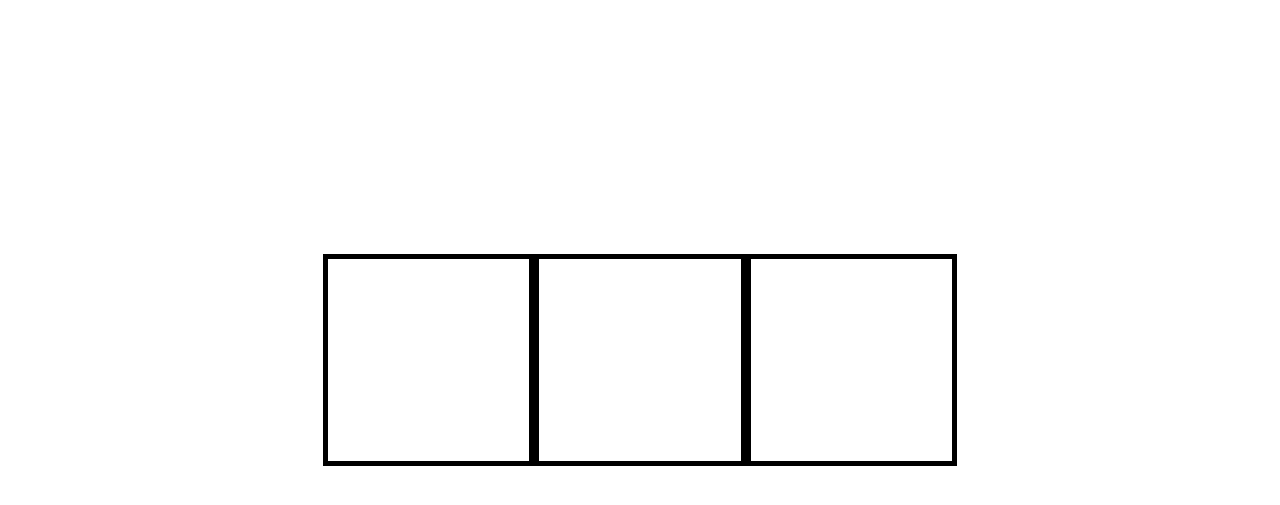
Repository: baumanmilosz/tictactoe
Page: index.html
The author's editor kept a copy of each file at every save. The page is drawn from the files as they stood at one save, then again after the next save.
The browser window is 1280 px wide. The pictures show the whole page.

Above is the page before, as saved 2019-02-21 16:35:18.

After the next save:
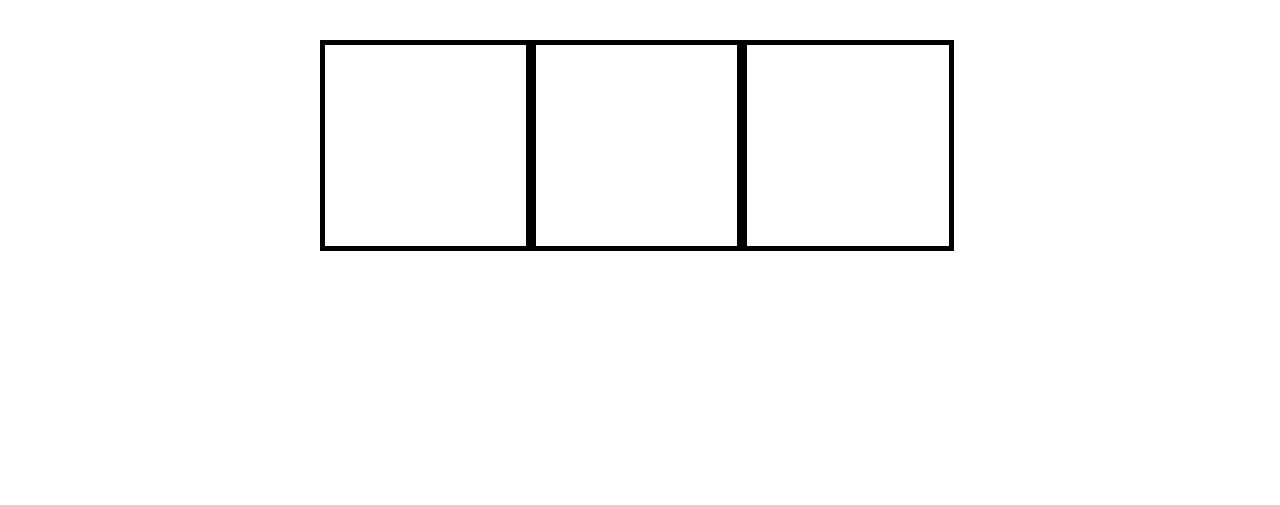
Saved 9 s later.
--- a/style.css
+++ b/style.css
@@ -15,9 +15,9 @@
 
 .board {
   display: flex;
-  flex-wrap: wrap;
+  /* flex-wrap: wrap;
   justify-content: center;
-  align-items: center;
+  align-items: center; */
   position: absolute;
   left: 50%;
   top: 50%;

After the save that followed:
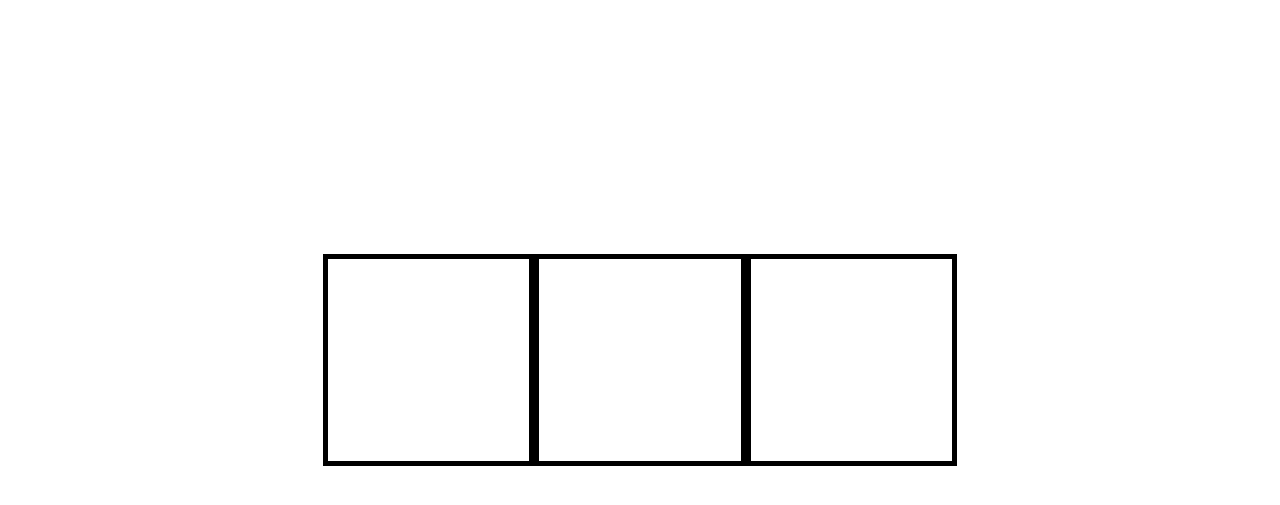
Saved 15 s later.
--- a/style.css
+++ b/style.css
@@ -15,9 +15,9 @@
 
 .board {
   display: flex;
-  /* flex-wrap: wrap;
+  flex-wrap: wrap;
   justify-content: center;
-  align-items: center; */
+  align-items: center;
   position: absolute;
   left: 50%;
   top: 50%;
